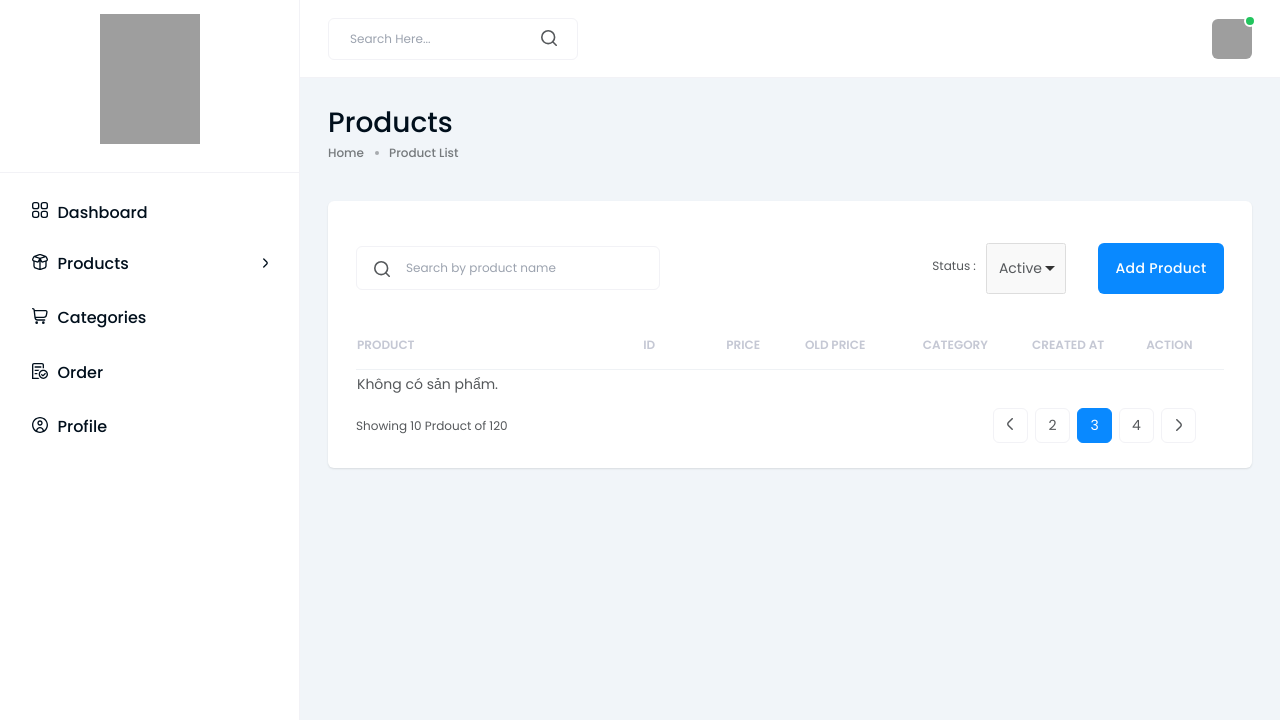
Repository: tienaq123/DuAn_1
Page: http://localhost/Duan1/Admin/product-list.php
An editor plug-in stored every save of this project. The page is shown before and after the next save, followed by the edit.
The browser window is 1280 px wide. The pictures show the whole page.
Pictures or frames that could not be fetched are drawn as grey boxes. The page is run by PHP 8.4 with error messages shown; the project is at /var/www/html/. Queries for data that is not in the repository find no rows.

Above is the page before, as saved 2023-07-21 17:02:39.

After the next save:
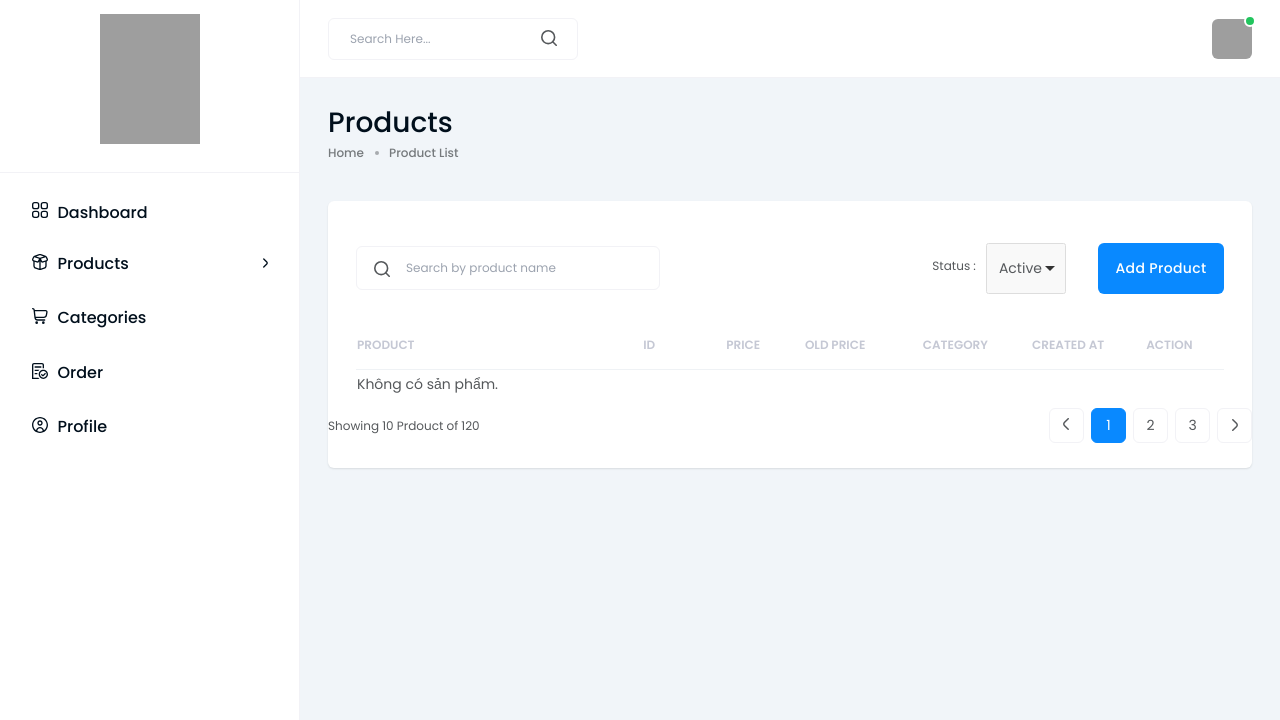
Saved 52 s later.
--- a/Admin/product-list.php
+++ b/Admin/product-list.php
@@ -297,17 +297,17 @@ $conn = connectToDatabase();
 
             </table>
           </div>
-          <div class="flex justify-between items-center flex-wrap mx-8">
+          <div class="flex justify-between items-center flex-wrap">
             <p class="mb-0 text-tiny">Showing 10 Prdouct of 120</p>
-            <div class="pagination py-3 flex justify-end items-center mx-8">
+            <div class="pagination py-3 flex justify-end items-center">
               <a href="#" class="inline-block rounded-md w-10 h-10 text-center leading-[33px] border border-gray mr-2 last:mr-0 hover:bg-theme hover:text-white hover:border-theme">
                 <svg class="-translate-y-[2px] -translate-x-px" width="12" height="12" viewBox="0 0 12 24" fill="none" xmlns="http://www.w3.org/2000/svg">
                   <path d="M11.9209 1.50495C11.9206 1.90264 11.7623 2.28392 11.4809 2.56495L3.80895 10.237C3.57673 10.4691 3.39252 10.7447 3.26684 11.0481C3.14117 11.3515 3.07648 11.6766 3.07648 12.005C3.07648 12.3333 3.14117 12.6585 3.26684 12.9618C3.39252 13.2652 3.57673 13.5408 3.80895 13.773L11.4709 21.435C11.7442 21.7179 11.8954 22.0968 11.892 22.4901C11.8885 22.8834 11.7308 23.2596 11.4527 23.5377C11.1746 23.8158 10.7983 23.9735 10.405 23.977C10.0118 23.9804 9.63285 23.8292 9.34995 23.556L1.68795 15.9C0.657711 14.8677 0.0791016 13.4689 0.0791016 12.0105C0.0791016 10.552 0.657711 9.15322 1.68795 8.12095L9.35995 0.443953C9.56973 0.234037 9.83706 0.0910666 10.1281 0.0331324C10.4192 -0.0248017 10.7209 0.00490445 10.9951 0.118492C11.2692 0.232079 11.5036 0.424443 11.6684 0.671242C11.8332 0.918041 11.9211 1.20818 11.9209 1.50495Z" fill="currentColor" />
                 </svg>
               </a>
+              <a href="#" class="inline-block rounded-md w-10 h-10 text-center leading-[33px] border mr-2 last:mr-0 text-white bg-theme border-theme hover:bg-theme hover:text-white hover:border-theme">1</a>
               <a href="#" class="inline-block rounded-md w-10 h-10 text-center leading-[33px] border border-gray mr-2 last:mr-0 hover:bg-theme hover:text-white hover:border-theme">2</a>
-              <a href="#" class="inline-block rounded-md w-10 h-10 text-center leading-[33px] border mr-2 last:mr-0 text-white bg-theme border-theme hover:bg-theme hover:text-white hover:border-theme">3</a>
-              <a href="#" class="inline-block rounded-md w-10 h-10 text-center leading-[33px] border border-gray mr-2 last:mr-0 hover:bg-theme hover:text-white hover:border-theme">4</a>
+              <a href="#" class="inline-block rounded-md w-10 h-10 text-center leading-[33px] border border-gray mr-2 last:mr-0 hover:bg-theme hover:text-white hover:border-theme">3</a>
               <a href="#" class="inline-block rounded-md w-10 h-10 text-center leading-[33px] border border-gray mr-2 last:mr-0 hover:bg-theme hover:text-white hover:border-theme">
                 <svg class="-translate-y-px" width="12" height="12" viewBox="0 0 12 24" fill="none" xmlns="http://www.w3.org/2000/svg">
                   <path d="M0.0790405 22.5C0.0793906 22.1023 0.237656 21.7211 0.519041 21.44L8.19104 13.768C8.42326 13.5359 8.60747 13.2602 8.73314 12.9569C8.85882 12.6535 8.92351 12.3284 8.92351 12C8.92351 11.6717 8.85882 11.3465 8.73314 11.0432C8.60747 10.7398 8.42326 10.4642 8.19104 10.232L0.52904 2.56502C0.255803 2.28211 0.104612 1.90321 0.108029 1.50992C0.111447 1.11662 0.269201 0.740401 0.547313 0.462289C0.825425 0.184177 1.20164 0.0264236 1.59494 0.0230059C1.98823 0.0195883 2.36714 0.17078 2.65004 0.444017L10.312 8.10502C11.3423 9.13728 11.9209 10.5361 11.9209 11.9945C11.9209 13.4529 11.3423 14.8518 10.312 15.884L2.64004 23.556C2.43056 23.7656 2.16368 23.9085 1.87309 23.9666C1.58249 24.0247 1.2812 23.9954 1.00723 23.8824C0.733259 23.7695 0.498891 23.5779 0.333699 23.3319C0.168506 23.0858 0.0798928 22.7964 0.0790405 22.5Z" fill="currentColor" />
